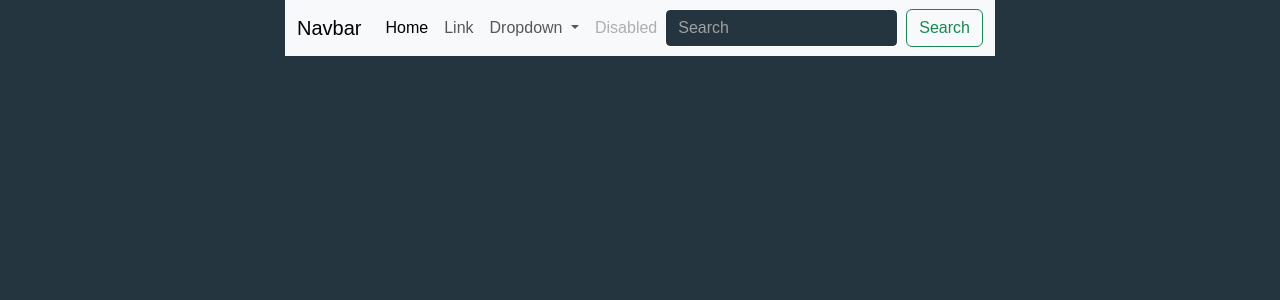
Repository: bodajava/TASK-4
Page: theerdIndex.html
An editor plug-in stored every save of this project. The page is shown before and after the next save, followed by the edit.
The browser window is 1280 px wide. The pictures show the whole page.

Above is the page before, as saved 2025-06-18 05:19:27.

### theerdIndex.html
<!DOCTYPE html>
<html lang="en">
  <head>
    <link rel="stylesheet" href="CSS/all.min.css" />
    <link rel="stylesheet" href="CSS/bootstrap.css" />
    <link rel="stylesheet" href="CSS/style.css" />
    <meta charset="UTF-8" />
    <meta name="viewport" content="width=device-width, initial-scale=1.0" />
    <title>Document</title>
  </head>
  <body>
    <nav class="navbar navbar-expand-lg bg-body-tertiary">
      <div class="container-fluid">
        <a class="navbar-brand" href="#">Navbar</a>
        <button
          class="navbar-toggler"
          type="button"
          data-bs-toggle="collapse"
          data-bs-target="#navbarSupportedContent"
          aria-controls="navbarSupportedContent"
          aria-expanded="false"
          aria-label="Toggle navigation"
        >
          <span class="navbar-toggler-icon"></span>
        </button>
        <div class="collapse navbar-collapse" id="navbarSupportedContent">
          <ul class="navbar-nav me-auto mb-2 mb-lg-0">
            <li class="nav-item">
              <a class="nav-link active" aria-current="page" href="#">Home</a>
            </li>
            <li class="nav-item">
              <a class="nav-link" href="#">Link</a>
            </li>
            <li class="nav-item dropdown">
              <a
                class="nav-link dropdown-toggle"
                href="#"
                role="button"
                data-bs-toggle="dropdown"
                aria-expanded="false"
              >
                Dropdown
              </a>
              <ul class="dropdown-menu">
                <li><a class="dropdown-item" href="#">Action</a></li>
                <li><a class="dropdown-item" href="#">Another action</a></li>
                <li><hr class="dropdown-divider" /></li>
                <li>
                  <a class="dropdown-item" href="#">Something else here</a>
                </li>
              </ul>
            </li>
            <li class="nav-item">
              <a class="nav-link disabled" aria-disabled="true">Disabled</a>
            </li>
          </ul>
          <form class="d-flex" role="search">
            <input
              class="form-control me-2"
              type="search"
              placeholder="Search"
              aria-label="Search"
            />
            <button class="btn btn-outline-success" type="submit">
              Search
            </button>
          </form>
        </div>
      </div>
    </nav>
    <script src="js/bootstrap.bundle.min.js"></script>
    <script src="js/index.js"></script>
  </body>
</html>

### CSS/style.css
* {
  padding: 0;
  margin: 0;
  box-sizing: border-box;
}

body {
  background-color: #24353f;
  display: flex;
  justify-content: center;
  align-items: center;
  font-family: Arial, sans-serif;
}

#item {
  margin-top: 60px;
  margin-left: 390px;
  margin-right: 390px;
  padding-left: 15px;
  padding-right: 15px;
}

#item2 {
  box-shadow: 0 0 20px rgba(0, 0, 0, 0.2);
  margin-left: 138.75px;
  margin-right: 138.75px;
  padding-left: 60px;
  padding-right: 60px;
  padding-top: 60px;
  padding-bottom: 60px;
}

h1 {
  color: #189bb1;
}

.anchor {
  text-decoration: none;
}

.anchor:hover {
  text-decoration: underline;
}

.paragraph {
  font-size: 20px;
  line-height: 30px;
  font-weight: 400;
  color: white;
}

.paragraph a {
  font-size: 20px;
  line-height: 30px;
  font-weight: 400;
  color: white;
}

.form-control {
  background-color: #24353f;
  border: 1px solid white;
  color: #fff;
  border-radius: 5px;
}

.form-control::placeholder {
  color: #a0a0a0;
}

.form-control:focus {
  background-color: #24353f;
  color: #fff;
  border-color: #189bb1;
  outline: none;
  box-shadow: none;
}

.btnn {
  text-decoration: none;
  color: #189bb1;
}

.btnn:hover {
  color: white;
}

#box {
  box-shadow: 0 0 20px rgba(0, 0, 0, 0.2);
}

Loaded but not shown: CSS/all.min.css (library); CSS/bootstrap.css (library); js/bootstrap.bundle.min.js (library); js/index.js (no copy from this time; the picture is the same without it)

After the next save:
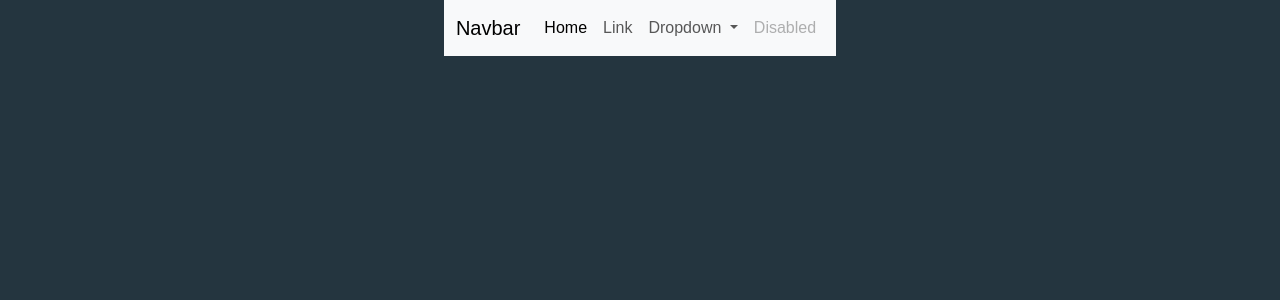
Saved 30 s later.
--- a/theerdIndex.html
+++ b/theerdIndex.html
@@ -54,17 +54,6 @@
               <a class="nav-link disabled" aria-disabled="true">Disabled</a>
             </li>
           </ul>
-          <form class="d-flex" role="search">
-            <input
-              class="form-control me-2"
-              type="search"
-              placeholder="Search"
-              aria-label="Search"
-            />
-            <button class="btn btn-outline-success" type="submit">
-              Search
-            </button>
-          </form>
         </div>
       </div>
     </nav>
